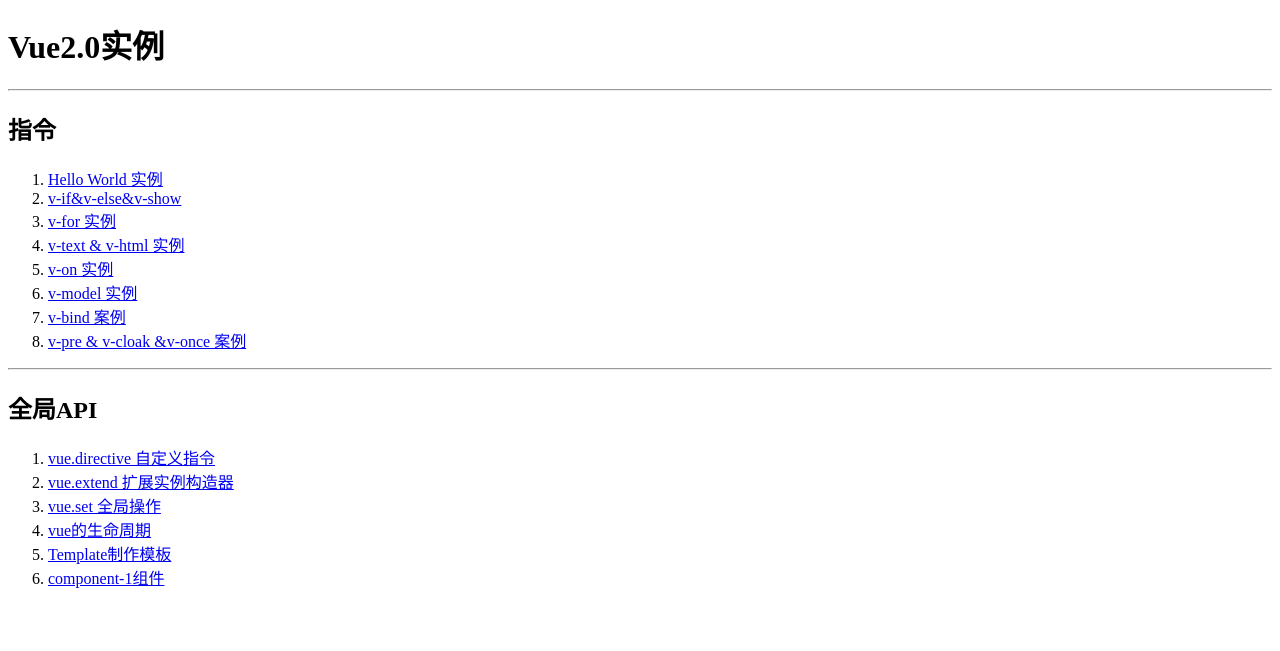
Repository: 13982720426/vue2.0-LearningNotes
Page: index.html
These files come from the project's save history. The page is drawn as it stood at one moment and after the next save; the edit follows.
The browser window is 1280 px wide. The pictures show the whole page.

Above is the page before, as saved 2021-06-24 21:08:51.

### index.html
<!DOCTYPE html>
<html lang="en">
  <head>
    <meta charset="UTF-8" />
    <meta http-equiv="X-UA-Compatible" content="IE=edge" />
    <meta name="viewport" content="width=device-width, initial-scale=1.0" />
    <title>Vue.js实例</title>
  </head>
  <body>
    <h1>Vue2.0实例</h1>
    <hr />
    <h2>指令</h2>
    <ol>
      <li><a href="./example/helloworld.html">Hello World 实例</a></li>
      <li><a href="./example/v-if.html">v-if&v-else&v-show</a></li>
      <li><a href="./example/v-for.html">v-for 实例</a></li>
      <li><a href="./example/v-text.html">v-text & v-html 实例</a></li>
      <li><a href="./example/v-on.html">v-on 实例</a></li>
      <li><a href="./example/v-model.html">v-model 实例</a></li>
      <li><a href="./example/v-bind.html">v-bind 案例</a></li>
      <li><a href="./example/others.html">v-pre & v-cloak &v-once 案例</a></li>
    </ol>
    <hr />

    <h2>全局API</h2>
    <ol>
      <li><a href="./example/vue.directive.html">vue.directive 自定义指令</a></li>
      <li><a href="./example/vue.extend.html">vue.extend 扩展实例构造器</a></li>
      <li><a href="./example/vue.set.html">vue.set 全局操作</a></li>
      <li><a href="./example/vue.lifeCycle.html">vue的生命周期</a></li>
      <li><a href="./example/template.html">Template制作模板</a></li>
      <li><a href="./example/component-1.html">component-1组件</a></li>
    </ol>
  </body>
</html>

After the next save:
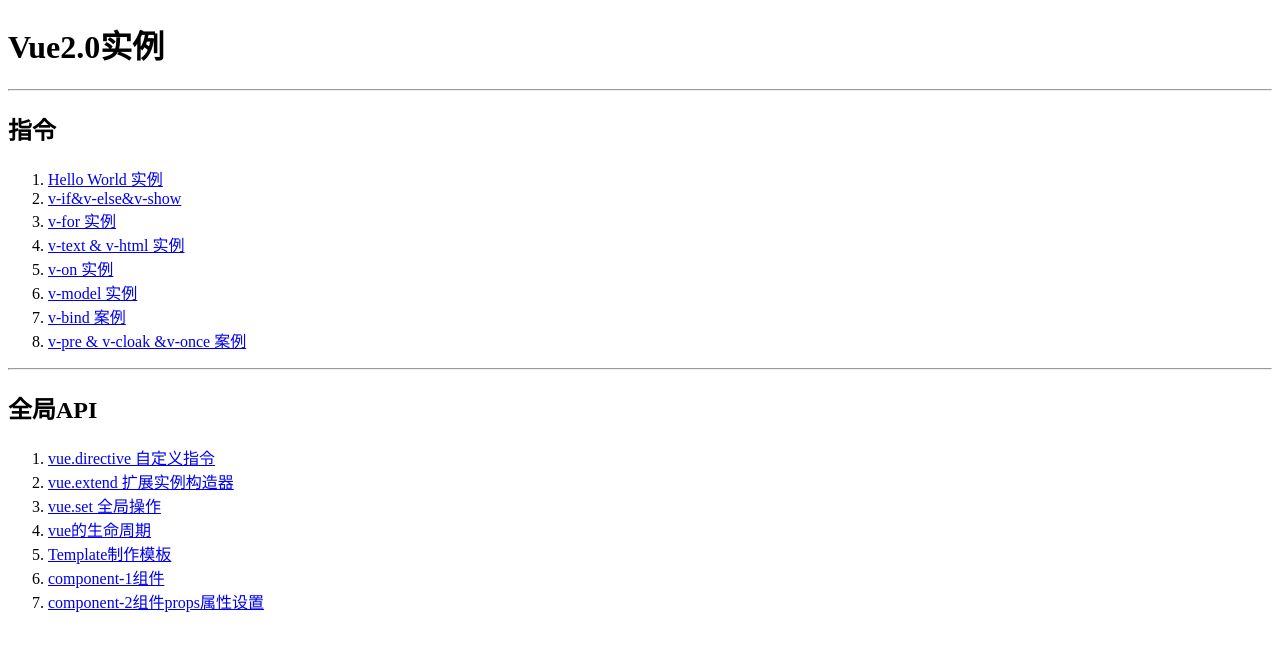
Saved 9 min 55 s later.
--- a/index.html
+++ b/index.html
@@ -30,6 +30,7 @@
       <li><a href="./example/vue.lifeCycle.html">vue的生命周期</a></li>
       <li><a href="./example/template.html">Template制作模板</a></li>
       <li><a href="./example/component-1.html">component-1组件</a></li>
+      <li><a href="./example/component-2.html">component-2组件props属性设置</a></li>
     </ol>
   </body>
 </html>
